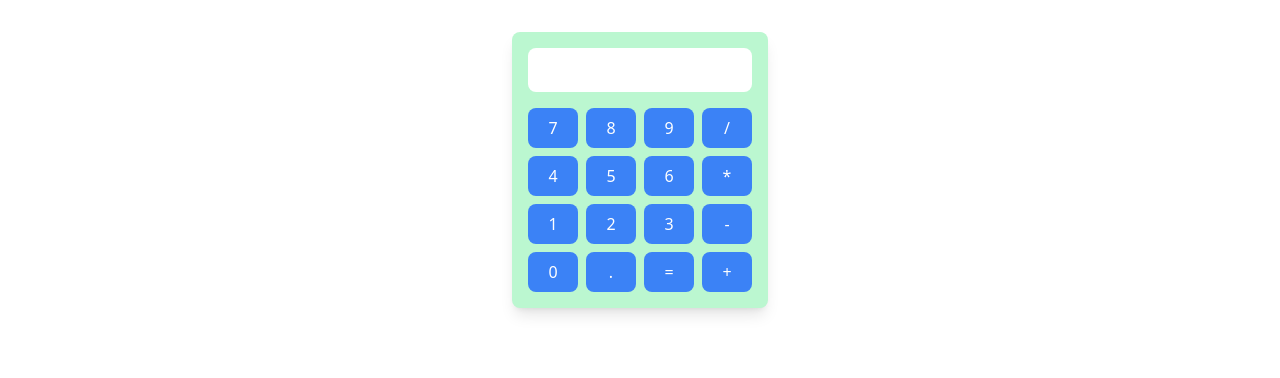
Repository: Sirinegaddour11/Calculator-App
Page: /
An editor plug-in stored every save of this project. The page is shown before and after a run of saves, followed by the edit.
The browser window is 1280 px wide. The pictures show the whole page.
The project was rebuilt for these pictures with package versions that can differ from the ones it lists, and the page was loaded fresh each time. The framework's server and built-in components were replaced by stand-ins that run in the browser. Also part of the build but not shown: next.config.mjs.

Above is the page before, as saved 2024-09-16 14:53:46.

After the next 5 saves:
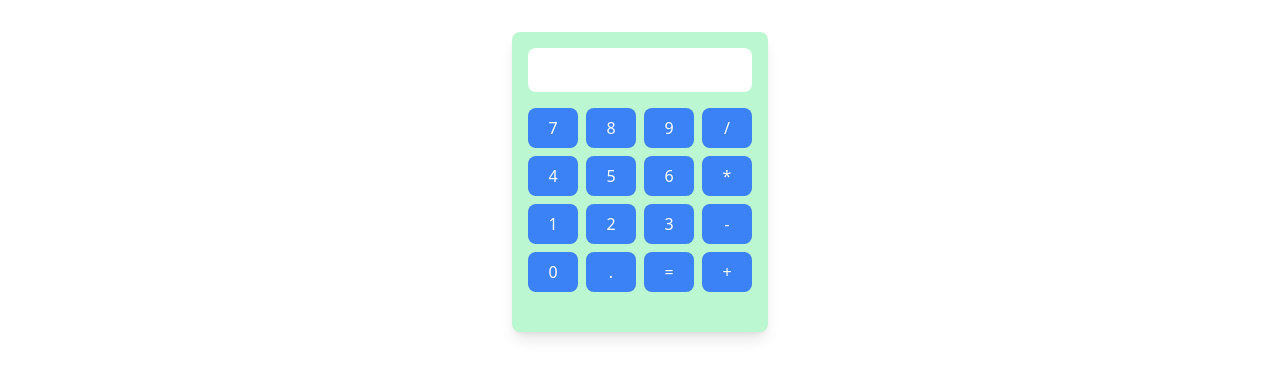
The 5 saves are shown as one change because 1 did not build or start and some came seconds apart.
The last was saved 57 s later.
--- a/components/calculator.tsx
+++ b/components/calculator.tsx
@@ -60,6 +60,9 @@ const Calculator:React.FC = () => {
           </button>
         ))}
       </div>
+      <button>
+
+      </button>
     </div>
   );
 };
